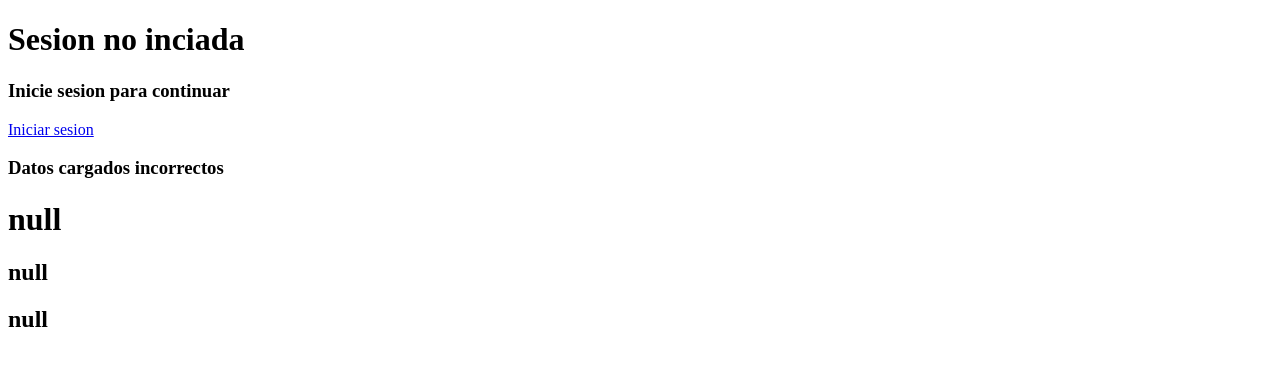
Repository: maxigarrett/2doAnio2doCuatrimestre
Page: http://localhost/primeraWeb1/ManejoSesiones/cargaDatos.jsp
The author's editor kept a copy of each file at every save. The page is drawn from the files as they stood at one save, then again after the next save.
The browser window is 1280 px wide. The pictures show the whole page.
The page is served by Tomcat 9.

Above is the page before, as saved 2020-11-07 18:20:29.

After the next save:
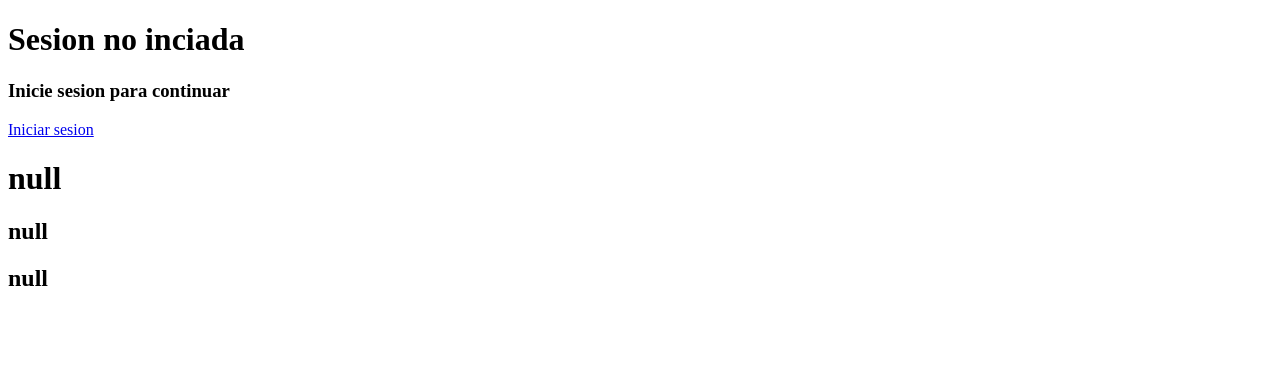
Saved 114 s later.
--- a/tec java eclipse/primeraWeb1/WebContent/ManejoSesiones/cargaDatos.jsp
+++ b/tec java eclipse/primeraWeb1/WebContent/ManejoSesiones/cargaDatos.jsp
@@ -41,10 +41,6 @@
 			session.setAttribute("pclinux", linux);
 
 		}
-		else{
-			out.print("<h3>Datos cargados incorrectos</h3>");
-
-		}
 
 
 		String pc=(String) session.getAttribute("pcgamer");
